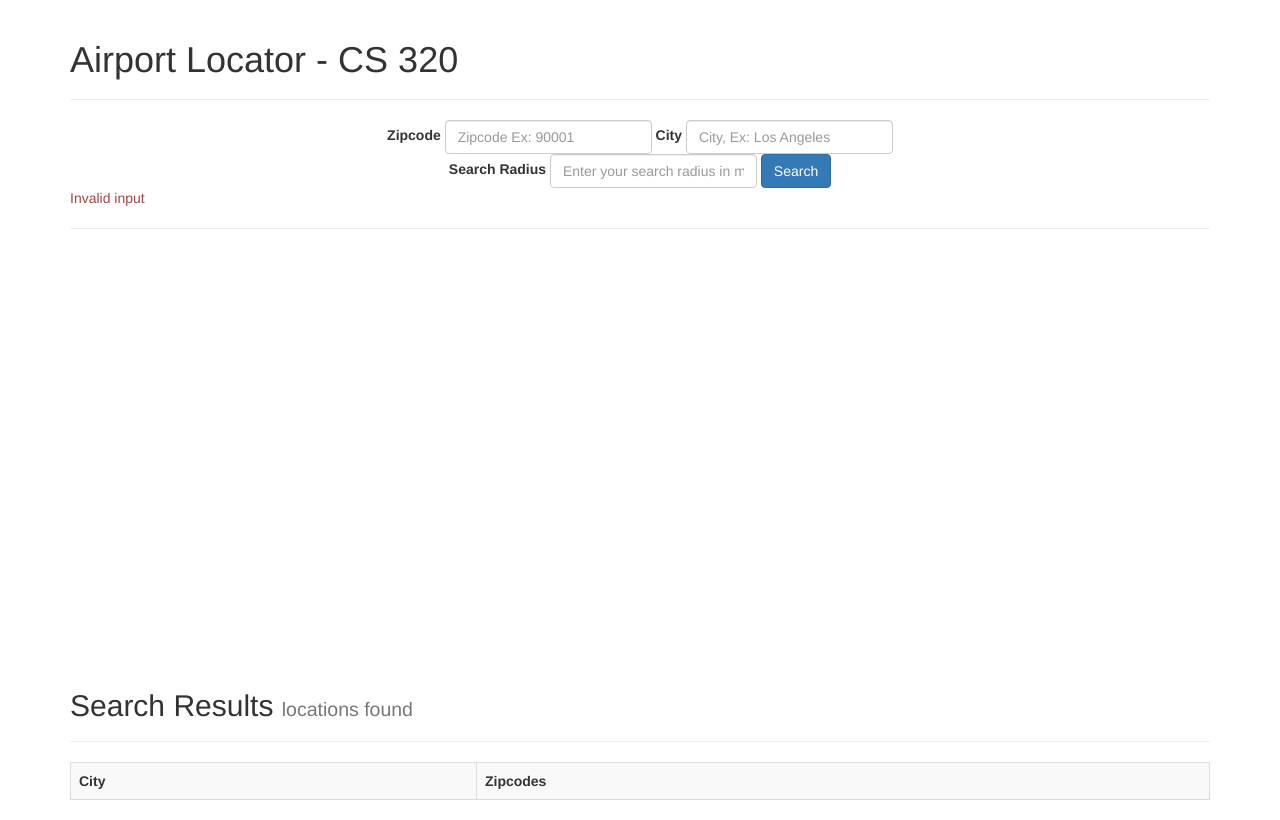
Repository: JamesPatel37/Java-Development-II-III
Page: http://localhost/CS320/ALView.jsp
An editor plug-in stored every save of this project. The page is shown before and after the next save, followed by the edit.
The browser window is 1280 px wide. The pictures show the whole page.
The page is served by Tomcat 9. Other server files are loaded and not shown. The template is opened directly, without the code that normally fills it, so the values that code supplies are empty.

Above is the page before, as saved 2015-06-14 20:23:55.

### Workspace/CS320/WebContent/ALView.jsp
<%@ page language="java" contentType="text/html; charset=UTF-8"
	pageEncoding="UTF-8"%>
<%@ taglib prefix="c" uri="http://java.sun.com/jsp/jstl/core"%>
<!DOCTYPE html PUBLIC "-//W3C//DTD HTML 4.01 Transitional//EN" "http://www.w3.org/TR/html4/loose.dtd">
<html>
<head>
<meta charset="utf-8">
<title>Homework 3</title>
<meta name="description" content="">
<meta name="viewport" content="width=device-width">
<link rel="stylesheet"
	href="https://maxcdn.bootstrapcdn.com/bootstrap/3.3.2/css/bootstrap.min.css">
<style type="text/css">
#googleMap {
	height: 380px;
	margin-top: 20px;
	margin-bottom: 20px;
}

;
.footer {
	padding-top: 20px;
}
</style>
</head>
<body>
	<div class="container">
		<div class="page-header">
			<h1>
				Airport Locator - CS 320
			</h1>
		</div>

		<form action="AirportLocator" method="get"
			class="form-inline text-center">
			<div class="form-group">
				<label for="zip">Zipcode</label> <input type="text"
					class="form-control" name="zipcode" id="zipcode"
					placeholder="Zipcode Ex: 90001">
			</div>
			<div class="form-group">
				<label for="city">City</label> <input type="text"
					class="form-control" name="city" id="city"
					placeholder="City, Ex: Los Angeles">
			</div>
			<br>
			<div class="form-group">
				<label for="radius">Search Radius</label> <input type="text"
					class="form-control" name="radius"
					placeholder="Enter your search radius in miles">
			</div>
			<button type="submit" class="btn btn-primary">Search</button>
		</form>

		<c:if test="${!isValidInput}">
			<p class="text-danger">Invalid input</p>
		</c:if>
		<hr />

		<p class="lead text-center" id="announcement"></p>

		<div id="googleMap"></div>

		<div class="row">
			<div class="col-xs-12">

				<div class="page-header">
					<h2>
						Search Results <small>${size} locations found</small>
					</h2>
				</div>

				<table class="table table-striped table-bordered">
					<tr>
						<th>City</th>
						<th>Zipcodes</th>
						<!-- th>Maps</th-->
					</tr>

					<c:forEach items="${airports}" var="entry">
						<tr>
							<td>${entry.city}</td>
							<td><strong>${entry.zipcode}</strong><br />
							<!--td class="text-center"><img
								src="https://maps.googleapis.com/maps/api/staticmap?center=${airports.latitude},${airports.longitude}&zoom=13&size=300x200&markers=color:red%7C${airports.latitude},${airports.longitude}" />
							</td-->
						</tr>
					</c:forEach>

				</table>
			</div>
		</div>


</body>
</html>

After the next save:
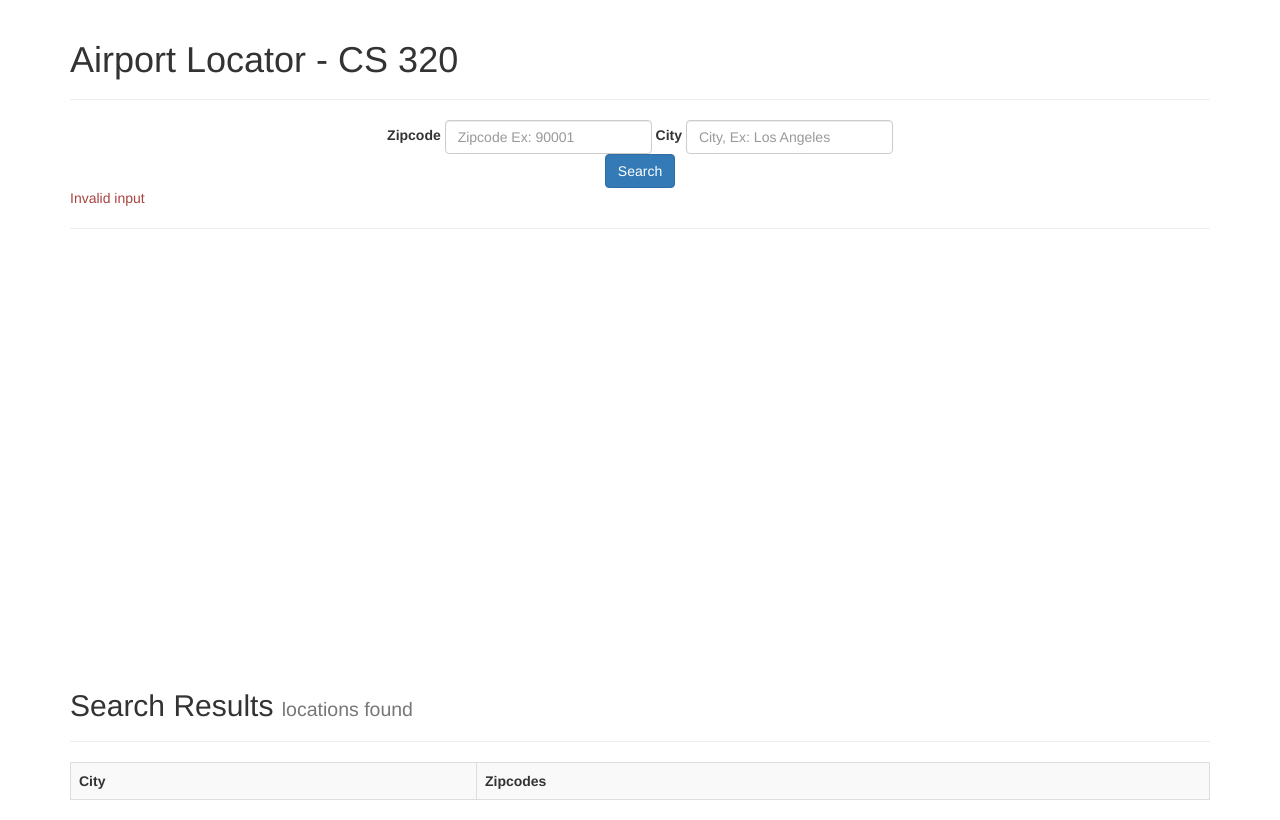
Saved 110 s later.
--- a/Workspace/CS320/WebContent/ALView.jsp
+++ b/Workspace/CS320/WebContent/ALView.jsp
@@ -44,11 +44,11 @@
 					placeholder="City, Ex: Los Angeles">
 			</div>
 			<br>
-			<div class="form-group">
+			<!-- div class="form-group">
 				<label for="radius">Search Radius</label> <input type="text"
 					class="form-control" name="radius"
 					placeholder="Enter your search radius in miles">
-			</div>
+			</div-->
 			<button type="submit" class="btn btn-primary">Search</button>
 		</form>
 
